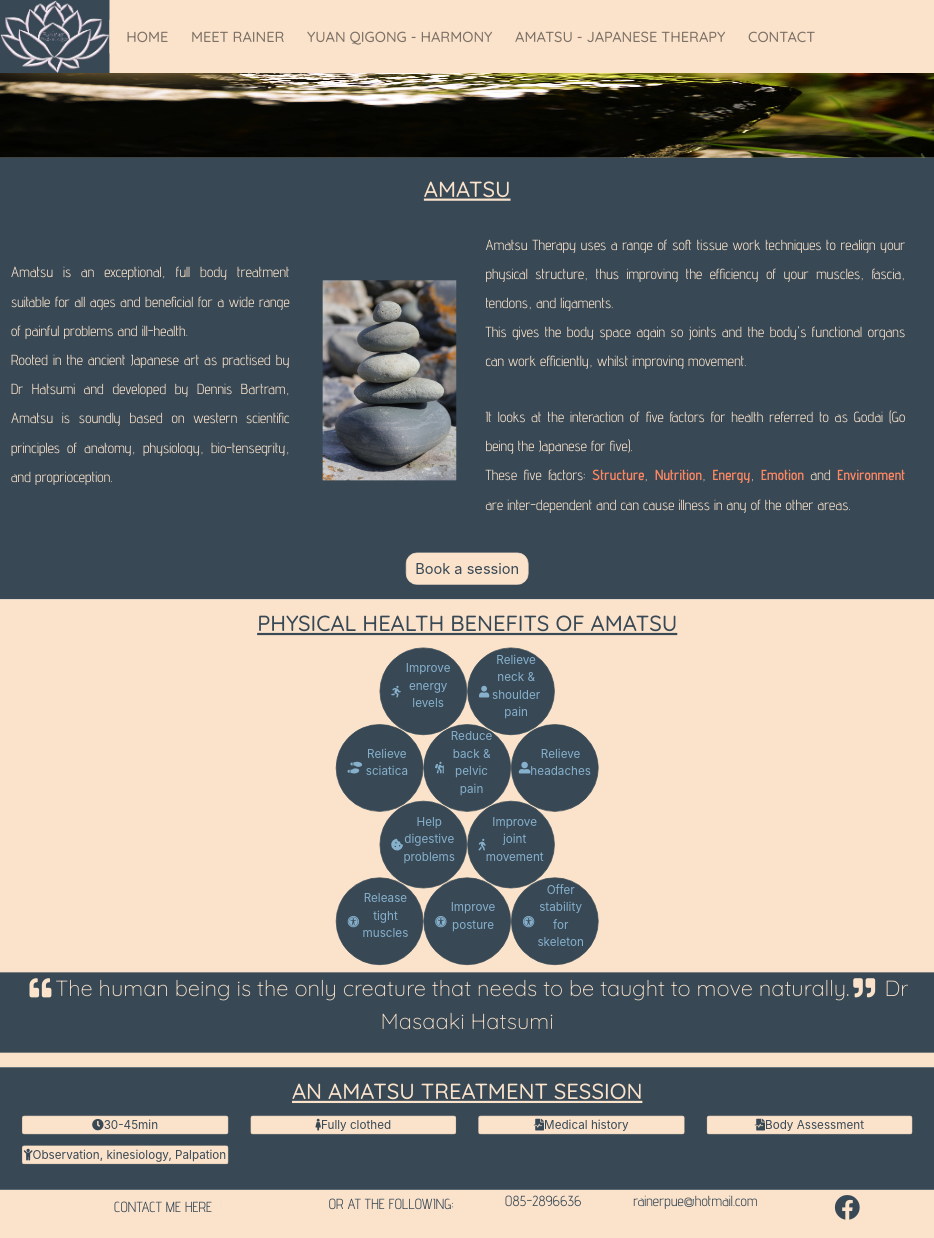
Repository: rainerpue/practitioner_website
Page: amatsu.html
The author's editor kept a record of every edit. The page is drawn from the files as they stood at one moment, then again after the next edit.
The browser window is 1280 px wide. The pictures show the whole page, at 73% of full size.
Some web libraries are served in a nearby version.

Above is the page before.

### amatsu.html
<!DOCTYPE html>
<html lang="en">

<head>
    <meta charset="UTF-8">
    <meta name="viewport" content="width=device-width, initial-scale=1.0">
    <meta http-equiv="X-UA-Compatible" content="ie=edge">
    <meta name="description" content="Home page | Rainer Puehringer, Find your Energy flow">
    <meta name="keywords" content="qigong, amatsu, therapy, energy flow, body balance, harmony, Japanese therapy, yuan gong, ireland">
    <meta name="author" content="Rainer Puehringer">
    <!-- style links -->
    <link rel="stylesheet" href="https://stackpath.bootstrapcdn.com/bootstrap/4.3.1/css/bootstrap.min.css" type="text/css" />
    <link rel="stylesheet" href="https://cdnjs.cloudflare.com/ajax/libs/font-awesome/5.9.0/css/all.min.css" type="text/css" />

    <!-- link to my css file comes after to make sure it render over bootstrap style -->
    <link rel="stylesheet" href="assets/css/style.css" type="text/css" />

    <title>Rainer Puehringer, Find your Energy flow with Yuan Qigong and Amatsu</title>

</head>

<body>
    <!-- navbar and logo -->
    <!-- blue background will only show on bigger screens, set to transparent for mobile device -->
    <nav class="navbar navbar-expand-md fixed-top navbar-light nav-coral">
        <!-- logo -->
        <a href="index.html" class="navbar-brand logo">
            <img src="assets/images/logo.jpg" width="150" height="100" alt="logo">
        </a>
        <!-- button for smaller devices -->
        <button class="navbar-toggler" type="button" data-toggle="collapse" data-target="#burger" aria-controls="burger" aria-expanded="false" aria-label="Toggle navigation">
    <span class="fa fa-bars"></span>
  </button>
        <!-- navigation items which drop down vertically from burger icon in smaller devices -->
        <div class="collapse navbar-collapse" id="burger">
            <ul class="navbar-nav mr-auto text-uppercase">
                <li class="nav-item">
                    <a class="nav-link" href="index.html">Home</a>
                </li>
                <li class="nav-item">
                    <a class="nav-link" href="about.html">Meet Rainer</a>
                </li>
                <li class="nav-item">
                    <a class="nav-link" href="qigong.html">Yuan Qigong - Harmony</a>
                </li>
                <li class="nav-item">
                    <a class="nav-link" href="amatsu.html">Amatsu - Japanese Therapy</a>
                </li>
                <li class="nav-item">
                    <a class="nav-link" href="index.html">Contact</a>
                </li>
            </ul>
        </div>
    </nav>

    <!-- end navbar -->


    <!-- image banner -->
    <main>
        <div class="container-fluid">
            <div class="row">
                <div class="col-12 banner-image amatsu-img">
                </div>
            </div>
        </div>

        <!-- Amatsu intro -->
        <section class="container-fluid bg-grey intro-section">
            <div class="row">
                <div class="col-12 offset text-center">
                    <h3 class="text-uppercase">Amatsu</h3>
                </div>
            </div>
            <div class="row section-details">
                <div class="col-12 col-md-4 main-content text-center">
                    <p class="text-justify">Amatsu is an exceptional, full body treatment suitable for all ages and beneficial for a wide range of painful problems and ill-health.<br> Rooted in the ancient Japanese art as practised by Dr Hatsumi and developed by Dennis Bartram,
                        Amatsu is soundly based on western scientific principles of anatomy, physiology, bio-tensegrity, and proprioception.</p>
                </div>
                <div class="col-12 col-md-2 text-center">
                    <img class="sm-img" src="assets/images/amatsu.jpg" width="100%" height="auto" alt="Stones balanced">
                </div>
                <div class="col-12 col-md-6 main-content text-center">
                    <p class="text-justify specialp">Amatsu Therapy uses a range of soft tissue work techniques to realign your physical structure, thus improving the efficiency of your muscles, fascia, tendons, and ligaments.<br> This gives the body space again so joints and the body's
                        functional organs can work efficiently, whilst improving movement.</p>
                    <p class="text-justify specialp">It looks at the interaction of five factors for health referred to as Godai (Go being the Japanese for five). <br> These five factors: <span class="fivefactors">Structure</span>, <span class="fivefactors">Nutrition</span>, <span class="fivefactors">Energy</span>,
                        <span class="fivefactors">Emotion</span> and <span class="fivefactors">Environment</span> are inter-dependent and can cause illness in any of the other areas.</p>
                </div>
            </div>

            <div class="container-fluid">
                <div class="row text-center">
                    <div class="col-12">
                        <a class="btn btn--gal btn--coral" href="contact.html">Book a session</a>
                    </div>
                </div>
            </div>
        </section>

        <!-- Health benefits/stones design -->

        <section class="container-fluid bg-coral">
            <div class="row">
                <div class="col-12">
                    <h3 class="text-uppercase text-center">Physical health benefits of Amatsu</h3>
                </div>
            </div>
            <ul class="row bg-coral stone-section">
                <li class="row first-stone-row">
                    <div class="col-6 each-stone text-center">
                        <i class="fa fa-running"></i>
                        <p>Improve energy levels</p>
                    </div>
                    <div class="col-6 each-stone text-center">
                        <i class="fa fa-user"></i>
                        <p>Relieve neck & shoulder pain</p>
                    </div>
                </li>
                <li class="row second-stone-row">
                    <div class="col-4 each-stone text-center">
                        <i class="fa fa-shoe-prints"></i>
                        <p>Relieve sciatica</p>
                    </div>
                    <div class="col-4 each-stone text-center">
                        <i class="fa fa-hiking"></i>
                        <p>Reduce back & pelvic pain</p>
                    </div>
                    <div class="col-4 each-stone text-center">
                        <i class="fa fa-user-alt"></i>
                        <p>Relieve headaches</p>
                    </div>

                </li>
                <li class="row third-stone-row">
                    <div class="col-6 each-stone text-center">
                        <i class="fa fa-cookie-bite"></i>
                        <p>Help digestive problems</p>
                    </div>
                    <div class="col-6 each-stone text-center">
                        <i class="fa fa-walking"></i>
                        <p>Improve joint movement</p>
                    </div>
                </li>
                <li class="row fourth-stone-row">

                    <div class="col-4 each-stone text-center">
                        <i class="fa fa-universal-access"></i>
                        <p>Release tight muscles</p>
                    </div>
                    <div class="col-4 each-stone text-center">
                        <i class="fa fa-universal-access"></i>
                        <p>Improve posture</p>
                    </div>
                    <div class="col-4 each-stone text-center">
                        <i class="fa fa-universal-access"></i>
                        <p>Offer stability for skeleton</p>
                    </div>
                </li>
            </ul>
            <div class="row bg-grey d-none d-md-block">
                <div class="col-12">
                    <p class="quote text-center "><i class="fa fa-quote-left"></i>The human being is the only creature that needs to be taught to move naturally.<i class="fa fa-quote-right"></i> Dr Masaaki Hatsumi</p>
                </div>
            </div>
        </section>

        <!-- Amatsu treatment / cards -->

        <section class="container-fluid bg-grey">
            <div class="row">
                <div class="col-12">
                    <h3 class="text-uppercase text-center">An Amatsu treatment session</h3>
                </div>
            </div>
            <div class="row text-center">
                <div class="col-12 col-sm-4 col-lg-3 text-center">
                    <div class="card">
                        <div class="card-item">
                            <i class="fa fa-clock"></i><span class="card-text">30-45min</span>
                        </div>
                    </div>
                </div>
                <div class="col-12 col-sm-4 col-lg-3 text-center">
                    <div class="card">
                        <div class="card-item">
                            <i class="fa fa-female"></i><span class="card-text">Fully clothed</span>
                        </div>
                    </div>
                </div>
                <div class="col-12 col-sm-4 col-lg-3 text-center">
                    <div class="card">
                        <div class="card-item">
                            <i class="fa fa-file-medical-alt"></i><span class="card-text">Medical history</span>
                        </div>
                    </div>
                </div>
                <div class="col-12 col-sm-4 col-lg-3 text-center">
                    <div class="card">
                        <div class="card-item">
                            <i class="fa fa-file-medical-alt"></i><span class="card-text">Body Assessment</span>
                        </div>
                    </div>
                </div>
            </div>
            <div class="row text-center">
                <div class="col-12 col-sm-4 col-lg-3 text-center">
                    <div class="card">
                        <div class="card-item" width="30px">
                            <i class="fa fa-child"></i><span class="card-text">Observation, kinesiology, Palpation</span>
                        </div>
                    </div>
                </div>
            </div>
        </section>
    </main>

    <!-- footer background-color changed to adapt to rest of this page -->

    <footer>
        <div class="container-fluid bg-coral">
            <div class="row footer-row">
                <div class="col-12 col-md-4 footer-contact">
                    <a class="btn btn--gal btn--coral text-uppercase" href="#">Contact Me Here</a>
                </div>
                <div class="col-12 col-md-2 footer-contact">
                    <h5 class="text-uppercase">or at the following:</h5>
                </div>
                <div class="col-12 col-md-2 footer-contact">
                    <p>085-2896636</p>
                </div>
                <div class="col-12 col-md-2 footer-contact">
                    <p>rainerpue@hotmail.com</p>
                </div>
                <div class="col-12 col-md-2 footer-contact">
                    <a class="socialmedia" href="https://www.facebook.com/YuanGongandAmatsuwithRainer/" target="_blank">
                    <i class="fab fa-facebook"></i>
                    <span class="sr-only">Facebook</span>
                    </a>
                </div>
            </div>
        </div>
    </footer>

    <script src="https://code.jquery.com/jquery-3.2.1.slim.min.js " integrity="sha384-KJ3o2DKtIkvYIK3UENzmM7KCkRr/rE9/Qpg6aAZGJwFDMVNA/GpGFF93hXpG5KkN " crossorigin="anonymous "></script>
    <script src="https://cdnjs.cloudflare.com/ajax/libs/popper.js/1.12.9/umd/popper.min.js " integrity="sha384-ApNbgh9B+Y1QKtv3Rn7W3mgPxhU9K/ScQsAP7hUibX39j7fakFPskvXusvfa0b4Q " crossorigin="anonymous "></script>
    <script src="https://maxcdn.bootstrapcdn.com/bootstrap/4.0.0/js/bootstrap.min.js " integrity="sha384-JZR6Spejh4U02d8jOt6vLEHfe/JQGiRRSQQxSfFWpi1MquVdAyjUar5+76PVCmYl " crossorigin="anonymous "></script>
</body>

</html>

### assets/css/style.css
@import url('https://fonts.googleapis.com/css?family=Advent+Pro:100,200,300,400,500,600,700|Quicksand:300,400,500,700|Caveat:400,700');

body {}

/*-----------------------------------------Colour */

.nav-coral {
    background-color: transparent;
}

.bg-grey {
    background-color: #384955;
    color: #FAE2CB;
    padding-bottom: 20px;
}

.bg-coral {
    background-color: #FAE2CB;
    color: #384955;
    padding-bottom: 20px;
}

/*-----------------------------------------Images */

.about-img {
    background: url(../images/about-image.jpg);
}

.qigong-img {
    background: url(../images/lotus.jpg);
}

.amatsu-img {
    background: url(../images/water.jpg);
}

.banner-image {
    min-height: 30vh;
    -webkit-background-size: 100% 100%;
    -moz-background-size: 100% 100%;
    -o-background-size: 100% 100%;
    background-size: 100% 100%;
    width: 100vw;
    background-repeat: no-repeat;
    position: relative;
}

.sm-img {
    max-height: 600px;
    max-width: 400px;
}


/*-----------------------------------------Special paddings/margins/texts */

.container-fluid {
    margin: 0;
}

.text-uppercase {
    text-transform: uppercase;
}

.text-center {
    text-align: center;
    margin: 0;
}

.text-justify {
    text-align: justify;
    text-justify: inter-word;
}

main {
    margin: 0;
    padding: 0;
}

h3 {
    padding: 15px 0 15px;
    font-family: "Quicksand", sans-serif;
    font-weight: 500;
    font-size: 30px;
    text-decoration: underline;
}

h4 {
    font-family: "Quicksand", sans-serif;
    font-weight: 700;
    font-size: 30px;
}

a {
    text-decoration: none;
    cursor: pointer;
}

/*-----------------------------------------buttons */

.btn:hover {
    color: #fafafa;
    text-decoration: none;
}

.btn--gal {
    margin-bottom: 0;
    margin-top: 0;
    border-radius: 15px;
    font-size: 20px;
    text-decoration: none;
    cursor: pointer;
}

.btn--grey {
    background-color: #384955;
    border-color: #384955;
    color: #FAE2CB;
}

.btn--grey:hover {
    color: #FF8863;
}

.btn--coral {
    background-color: #FAE2CB;
    border-color: #FAE2CB;
    color: #384955;
}

.btn--coral:hover {
    color: #87B0CD;
}

.btn--footer {
    color: #FAE2CB;
}

/*-----------------------------------------section divider */

.section-divider-short {
    width: 75px;
    height: 5px;
    border: 0;
    background-color: #384955;
}

.section-divider-long {
    width: 100%;
    height: 10px;
    border: 0;
    background-color: #384955;
    margin: 0;
}

/*-----------------------------------------logo */

.logo {
    display: inline-block;
    padding: 0;
    margin: 0;
    line-height: inherit;
    white-space: nowrap;
    background-position: center;
    background-repeat: no-repeat;
    -o-transition: all .5s ease-in-out;
    transition: all .5s ease-in-out;
    -moz-transition: all .5s ease-in-out;
    -webkit-transition: all .5s ease-in-out;
}

/*-----------------------------------------burger icon */

.fa-bars {
    font-size: 30px;
    padding: 5px;
}

.navbar-light .navbar-toggler {
    border-color: rgba(0, 0, 0, .3);
    margin-right: 15px;
}

/*-----------------------------------------nav */

.navbar {
    padding: 0;
    text-align: center;
    overflow: auto;
}

.navbar-collapse {
    background-color: #FAE2CB
}

.nav-item {
    padding-left: 15px;
}

.nav-item a {
    color: #384955;
    font-family: "Quicksand", sans-serif;
    font-weight: 500;
    font-size: 20px;
    -webkit-transition: background-color .2s ease-in-out, color .2s ease-in-out;
    -o-transition: background-color .2s ease-in-out, color .2s ease-in-out;
    transition: background-color .2s ease-in-out, color .2s ease-in-out;
}

.nav-item a:hover {
    color: #FAE2CB!important;
    background-color: #384955;
}

/*-----------------------------------------full background image with attention */

.home-image {
    min-height: 95vh;
    -webkit-box-align: center;
    -ms-flex-align: center;
    align-items: center;
    position: relative;
    background: url(../images/home-image.jpg) no-repeat center center fixed;
    background-size: cover;
    padding-top: 100px;
}

.opaque-overlay {
    position: absolute;
    top: 0;
    left: 0;
    height: 100%;
    width: 100%;
    background: rgba(0, 0, 0, 0.2);
}

.attention {
    width: 80%;
    color: #fafafa;
    font-family: "Advent Pro", sans-serif;
    font-size: 40px;
    font-weight: 600;
    padding-left: 15px;
    padding-top: 200px;
}

/*-----------------------------------------testimonials in carrousel */

.slide {
    position: relative;
    display: -webkit-box;
    display: -ms-flexbox;
    display: flex;
    -webkit-box-align: center;
    -ms-flex-align: center;
    align-items: center;
    min-height: 30vh;
    text-align: center;
    padding: 5px 30px;
    margin-bottom: 20px
}

blockquote {
    width: 80px;
    font-family: "Advent Pro", sans-serif;
    font-weight: 300;
    font-size: 30px;
}

/*-----------------------------------------home intro section */

.intro {
    width: 100%;
    padding: 0;
    min-height: 20vh;
}

.content-intro {
    font-family: "Advent Pro", sans-serif;
    font-size: 20px;
    font-weight: 400;
    margin-bottom: 20px;
}

/*-----------------------------------------footer */

.footer-row {
    padding: 0 15px;
    text-align: center;
}

.footer-contact {
    font-family: "Advent Pro", sans-serif;
    text-align: center;
    -webkit-box-align: center;
    -ms-flex-align: center;
    align-items: center;
    -webkit-box-pack: center;
    -ms-flex-pack: center;
    justify-content: center;
    padding: 0;
    margin: 0;
}

.footer-contact p {
    font-weight: 400;
    font-size: 20px;

}

.footer-contact h5 {
    font-weight: 400;
    font-size: 20px;
}

.socialmedia i {
    width: 32px;
    height: 32px;
    border-radius: 50%;
    font-size: 35px;
    text-align: center;
    vertical-align: middle;
    display: table-cell;
    color: #384955;
    background: #FAE2CB;
    transition: all 0.35s ease-in-out;
    -moz-transition: all 0.35s ease-in-out;
    -webkit-transition: all 0.35s ease-in-out;
    -o-transition: all 0.35s ease-in-out;
}

.social-links i:hover {
    background: #e84610;
}

/*-----------------------------------------main content for each page */

.main-content {
    position: relative;
    padding-top: 5px;
    padding-bottom: 5px;
    padding-right: 30px;
    line-height: 200%;
    font-family: "Advent Pro", sans-serif;
    font-size: 20px;
    font-weight: 400;
}

.section-column {
    display: table-cell;
    padding: 0 30px 30px;
    float: none;
}

.intro-section {
    padding-top: 10px;
    padding-bottom: 20px;
}

.section-details {
    min-height: 25vh;
    -webkit-box-align: center;
    -ms-flex-align: center;
    align-items: center!important;
    margin-bottom: 15px;
}



/*-----------------------------------------links to other websites on about page */

.links {
    color: #FAE2CB;
    font-weight: 700;
}

.links:hover {
    color: #FF8863;
}

/*-----------------------------------------timeline */

.timeline {
    margin: 0;
}

.history-items {
    padding-left: 30px;
    padding-bottom: 15px;
}

.timeline-item {
    padding: 4em 2em 0em 2em;
    position: relative;
    color: #384955;
    border-left: 1px solid;
    font-family: "Advent Pro", sans-serif;
}

.timeline-item p {
    padding: 0;
    margin: 0;
}

.timeline-item:before {
    content: attr(data-dates);
    position: absolute;
    left: 2.5em;
    top: 3em;
    display: block;
    font-family: "Advent Pro", sans-serif;
    font-weight: 500;
    font-size: 0.8em;
    padding: 0;
    margin: 0;
}

.timeline-item:after {
    width: 12px;
    height: 12px;
    display: block;
    position: absolute;
    top: 2.4em;
    left: -6px;
    border-radius: 12px;
    content: "";
    background-color: #384955;
}



/*-----------------------------------------qualifications */

.list-row {
    padding: 30px 0 30px;
    line-height: 200%;
}

.list-row i {
    font-size: 40px;
}

/*-----------------------------------------Qigong page */

.qigong-p {
    padding: 15px;
}

.list-section {
    padding-left: 30px;
    padding-bottom: 15px;
    margin-bottom: 10px;
    border: 10px solid;
}

.quote {
    font-family: "Quicksand", sans-serif;
    font-weight: 100;
    font-size: 30px;
}

.quote i {
    padding: 5px;
    font-weight: 700;
}

#video {
    min-height: 50vh;
    padding-bottom: 15px;
}

.verse {
    font-family: "Caveat", sans-serif;
    font-weight: 400;
    font-size: 30px;
    padding-top: 30px;
}

.verse ul li {
    list-style: none;
    padding: 15px;
}

/*-----------------------------------------Amatsu page */

.fivefactors {
    font-weight: 600;
    color: #FF8863;
}

.specialp {
    padding: 10px;
}

.stone-section {
    padding: 0;
    padding-bottom: 15px;
    margin-bottom: 10px;
    display: flex;
	justify-content: center;
	align-items: center;
	flex-direction: column;
}
/*-----------------------------------------Amatsu page */

/*-----------------------------------------stones custom css */
.each-stone {
    width: 120px;
    height: 120px;
    border: 1px solid #384955;
    border-radius: 50%;
    background-color: #384955;
    color: #87B0CD;
    justify-content: center;
	align-items: center;
	display: flex;
	margin-bottom: -15px;
}

.each-stone span {
    font-family: "Quicksand", sans-serif;
    font-weight: 700;
    font-size: 18px;
}

/*-----------------------------------------treatment cards */

.card {
    background-color: #FAE2CB;
    color: #384955;
     margin-bottom: 15px;
}

.card-body {
    padding: 10px;

}

.card-body i {
    font-size: 30px;
}

.card-body span {
    font-family: "Caveat", sans-serif;
    font-weight: 400;
    font-size: 30px;
}

/*-----------------------------------------media queries */

/*-----------------------------------------media query to add navbar color background color on bigger screens */

@media (min-width: 768px) {
    .nav-coral {
        background-color: #FAE2CB;
    }
}

@media (min-width: 768px) {
    .attention {
        padding-top: 400px;
        width: 60%;
        font-size: 50px;
    }
}

@media (min-width: 768px) {
    .slide {
        min-height: 20vh;
    }
}

@media (min-width: 768px) {
    .section-divider-short {
        width: 0px;
        height: 0px;
        border: 0;
    }
}

@media (min-width: 768px) {
    .footer-contact {
        display: -webkit-box;
        display: -ms-flexbox;
        display: flex;
    }
}

@media (min-width: 768px) {
    .footer-contact h5 p a {
        padding-left: 15px;
    }
}

@media (min-width: 768px) {
    .history-items {
        border: 10px solid;
        border-bottom: none;
    }
}

@media (min-width: 768px) {
    .section-column {
        padding: 0 50px 0;
    }
}

@media (min-width: 768px) {
    #video {
        padding-bottom: 0;
    }
}

After the next edit:
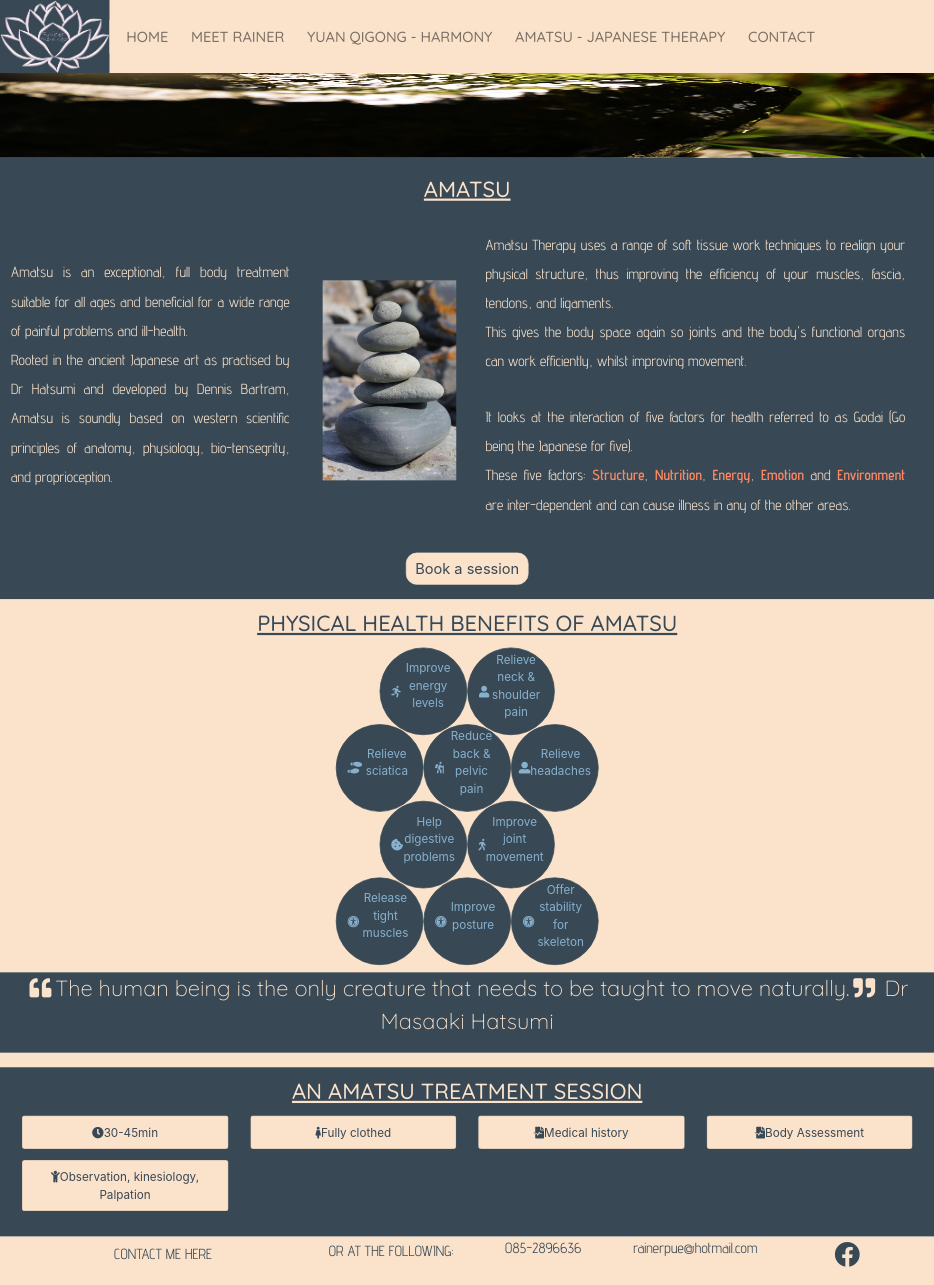
The edit:
--- a/assets/css/style.css
+++ b/assets/css/style.css
@@ -530,9 +530,8 @@
      margin-bottom: 15px;
 }
 
-.card-body {
+.card-item {
     padding: 10px;
-
 }
 
 .card-body i {
